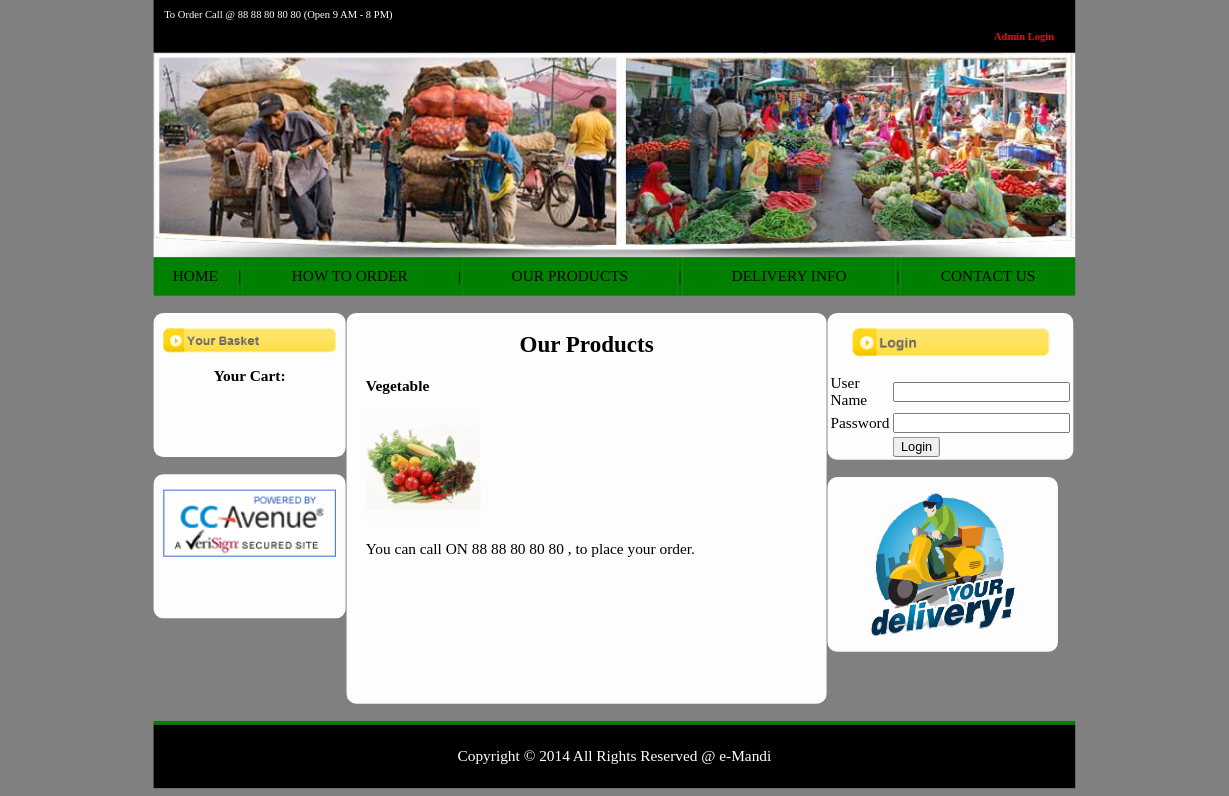
Repository: aashi12/e_mandi
Page: http://localhost/e_mandi/ourProducts.jsp
The author's editor kept a copy of each file at every save. The page is drawn from the files as they stood at one save, then again after the next save.
The browser window is 1280 px wide. The pictures show the whole page, at 96% of full size.
The page is served by Tomcat 9. Other server files are loaded and not shown.

Above is the page before, as saved 2014-04-18 12:23:19.

### e_mandi/WebContent/ourProducts.jsp
<%@ page language="java" contentType="text/html; charset=ISO-8859-1"
    pageEncoding="ISO-8859-1"%>
<!DOCTYPE html PUBLIC "-//W3C//DTD HTML 4.01 Transitional//EN" "http://www.w3.org/TR/html4/loose.dtd">
<html>
<head>
<meta http-equiv="Content-Type" content="text/html; charset=ISO-8859-1">
<title>Online e-Mandi</title>
<link rel="stylesheet" href="style.css" />
</head>
<body bgcolor="gray">
<div id="container">
<div id="main">
<table border="0" width="960" height="270" cellspacing="0" cellpadding="0">
<tr>
<td height="25" bgcolor="black" class="order"><p> &nbsp;&nbsp;&nbsp;&nbsp;To Order Call @ 88 88 80 80 80 (Open 9 AM - 8 PM)</p>
<p align="right" class="admin"><b><a href="admin.jsp">Admin Login</a> &nbsp; &nbsp; &nbsp; &nbsp;</b></p>
</td>
</tr>
<tr>
<td class="bann">
<!--  banner -->
</td>
</tr>
</table>
<table border="0" width="960" height="40" cellspacing="0" cellpadding="0">
<tr bgcolor="green">
<td align="center" class="tab"><a href="index.jsp">HOME</a></td>
<td align="center" class="tab">|</td>
<td align="center" class="tab"><a href="howToOrder.jsp">HOW TO ORDER</a></td>
<td align="center" class="tab">|</td>
<td align="center" class="tab"><a href="ourProducts.jsp">OUR PRODUCTS</a></td>
<td align="center" class="tab">|</td>
<td align="center" class="tab"><a href="deliveryInfo.jsp">DELIVERY INFO</a></td>
<td align="center" class="tab">|</td>
<td align="center" class="tab"><a href="contactUs.jsp">CONTACT US</a></td>
</tr>
</table>
<br/>
<table border="0" width="960" height="auto" cellspacing="0" cellpadding="0">
<tr>
<td width="200" valign="top">
<table class="basket" width="200" height="150" cellspacing="0" cellpadding="0" bgcolor="#fefdfd">
<tr>
<td align="center" valign="top">
<p><img src="images/basket.png" width="180"/></p>
<p class="bask"><b>Your Cart:</b></p>
</td>
</tr>
</table>
&nbsp;
<table class="basket" width="200" height="150" cellspacing="0" cellpadding="0" bgcolor="#fefdfd">
<tr>
<td align="center" valign="top">
<p><img src="images/ccav.gif" width="180"/></p>
</td>
</tr>
</table>
</td>
<td width="560" align="center" valign="top">
<table class="basket" border="0" width="500" height="150" cellspacing="0" cellpadding="0" bgcolor="#fefdfd">
<tr>
<td  valign="top">
<h2 align="center">Our Products</h2>
<div id="con1">
<p><b>Vegetable</b></p>
<p><img alt="Veg" src="images/Vegetables.gif"></p>
<p>You can call ON    88 88 80 80 80 , to place your order.</p>

<p>&nbsp;</p>
<p>&nbsp;</p>
<p>&nbsp;</p>
<p>&nbsp;</p>
</div>
</td>
</tr>
</table>

</td>
<td width="300" valign="top">
<table border="0" class="basket" width="200" height="150" cellspacing="0" cellpadding="0" bgcolor="#fefdfd">
<tr>
<td align="center">
<p><img src="images/login.png" /></p>
<table width="240">
<tr>
<td>User Name</td>
<td><input type="text" name="uname"></td>
</tr>
<tr>
<td>Password</td>
<td><input type="password" name="pass"></td>
</tr>
<tr>
<td></td>
<td><input type="submit" value="Login"></td>
</tr>
</table>
</td>
</tr>
</table>
&nbsp;
<table border="0" class="basket" width="240" height="150" cellspacing="0" cellpadding="0" bgcolor="#fefdfd">
<tr>
<td align="center">
<p><img src="images/free.png" width="150" height="150" /></p>
</td>
</tr>
</table>
</td>
</tr>
</table>
&nbsp;
<table border="0" width="960" height="70" cellspacing="0" cellpadding="0">
<tr>
<td height="4" bgcolor="green"></td>
</tr>
<tr>
<td height="65" bgcolor="black" align="center" class="foot">
<p>Copyright &copy; 2014 All Rights Reserved @ e-Mandi</p>
</td>
</tr>
</table>
</div>
</div>
</body>
</html>

### e_mandi/WebContent/style.css
#container{margin-top:-10px;}
#main{margin: 0px auto;width:960px;}
.tab{color:#000;text-decoration:none;}
.tab a{color:#000;text-decoration:none;}
.tab a:hover{color:#fff;text-decoration:none;}
.tab12{color:#fff;text-decoration:none;}
.tab12 a{color:#fff;text-decoration:none;}
.tab12 a:hover{color:red;text-decoration:none;}
.bann{background-image: url(images/header.jpg);}
.order{color:#fff; font-size:11px;}
.free{padding-left:400px;}
.logo{padding-bottom:50px;}
.basket{border-radius:10px;}
.foot{color:#fff;}
.cat{color:#000;text-decoration:none;}
.cat a{color:red;text-decoration:none;}
.cat a:hover{color:green;text-decoration:none;}
.admin{color:red;text-decoration:none; }
.admin a{color:red; text-decoration:none;}
.admin a:hover{color:#fff;text-decoration:none; }
#con1{padding-left:20px;padding-right:20px;}
img{border:none;}
a{text-decoration:none;}
.log a{text-decoration:none;}
.section a{color:green;text-decoration:none;}
.section a:hover{color:red;text-decoration:none;}
.quick{color:green;text-decoration:underline;}
#login
{
	text-align:center;

}

After the next save:
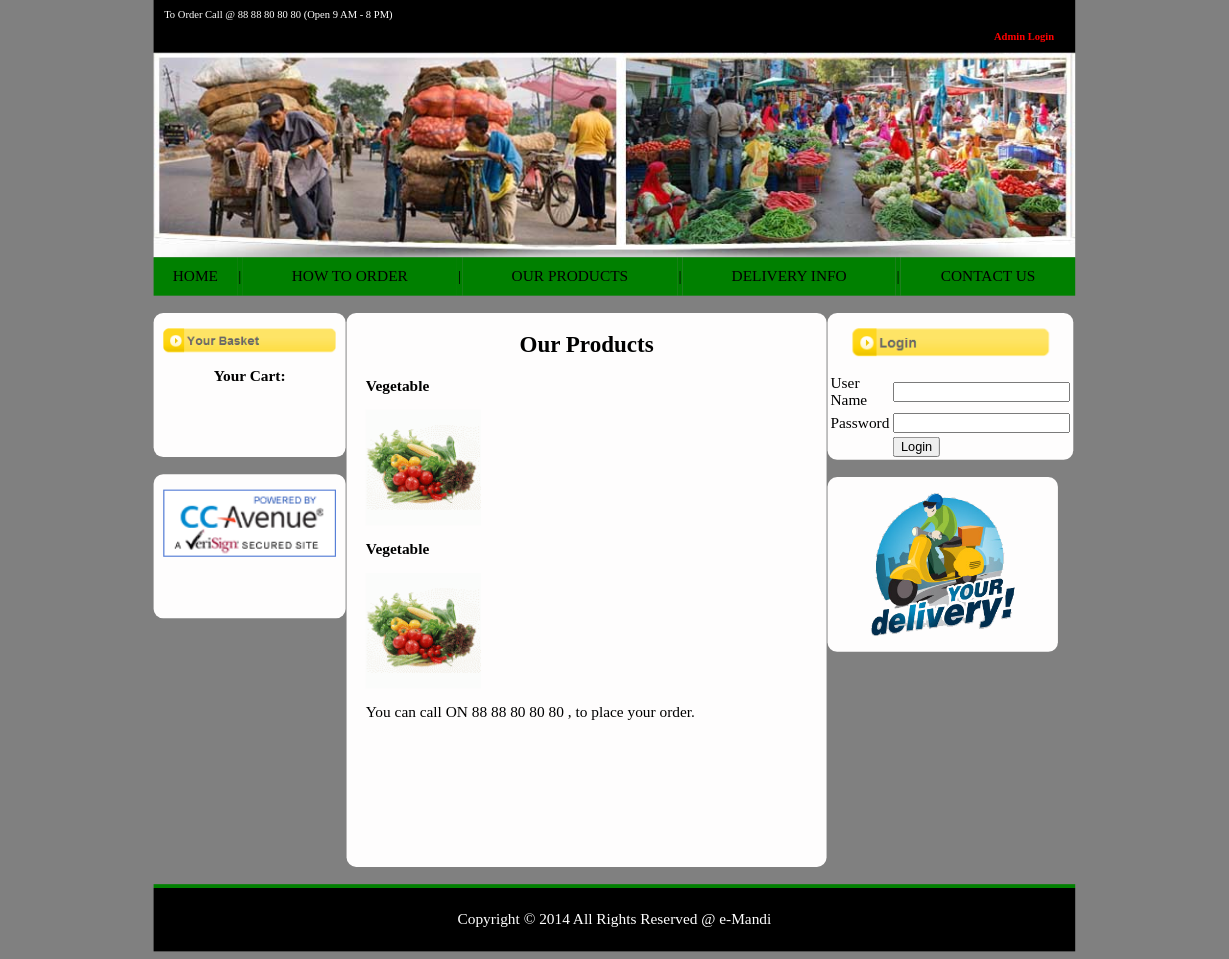
Saved 31 s later.
--- a/e_mandi/WebContent/ourProducts.jsp
+++ b/e_mandi/WebContent/ourProducts.jsp
@@ -64,6 +64,8 @@
 <div id="con1">
 <p><b>Vegetable</b></p>
 <p><img alt="Veg" src="images/Vegetables.gif"></p>
+<p><b>Vegetable</b></p>
+<p><img alt="Veg" src="images/Vegetables.gif"></p>
 <p>You can call ON    88 88 80 80 80 , to place your order.</p>
 
 <p>&nbsp;</p>
